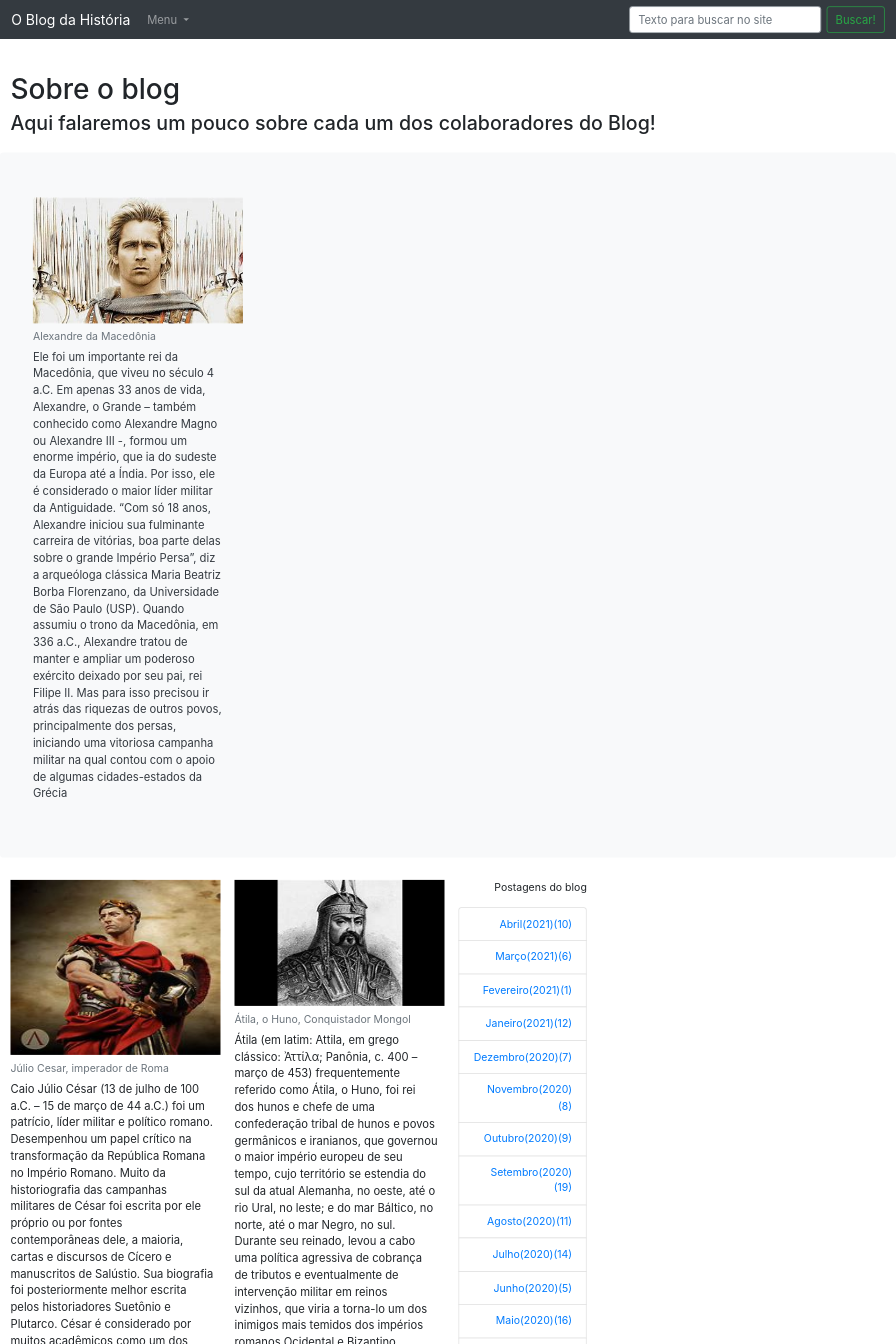
Repository: xhenrique/blog_layout_bootstrap
Page: source/sobre.html
An editor plug-in stored every save of this project. The page is shown before and after the next save, followed by the edit.
The browser window is 1280 px wide. The pictures show the part of the page from y = 0 to 1920 px (the page is 2903 px tall before and 1859 px after), at 70% of full size.

Above is the page before, as saved 2021-04-25 03:17:47.

After the next save:
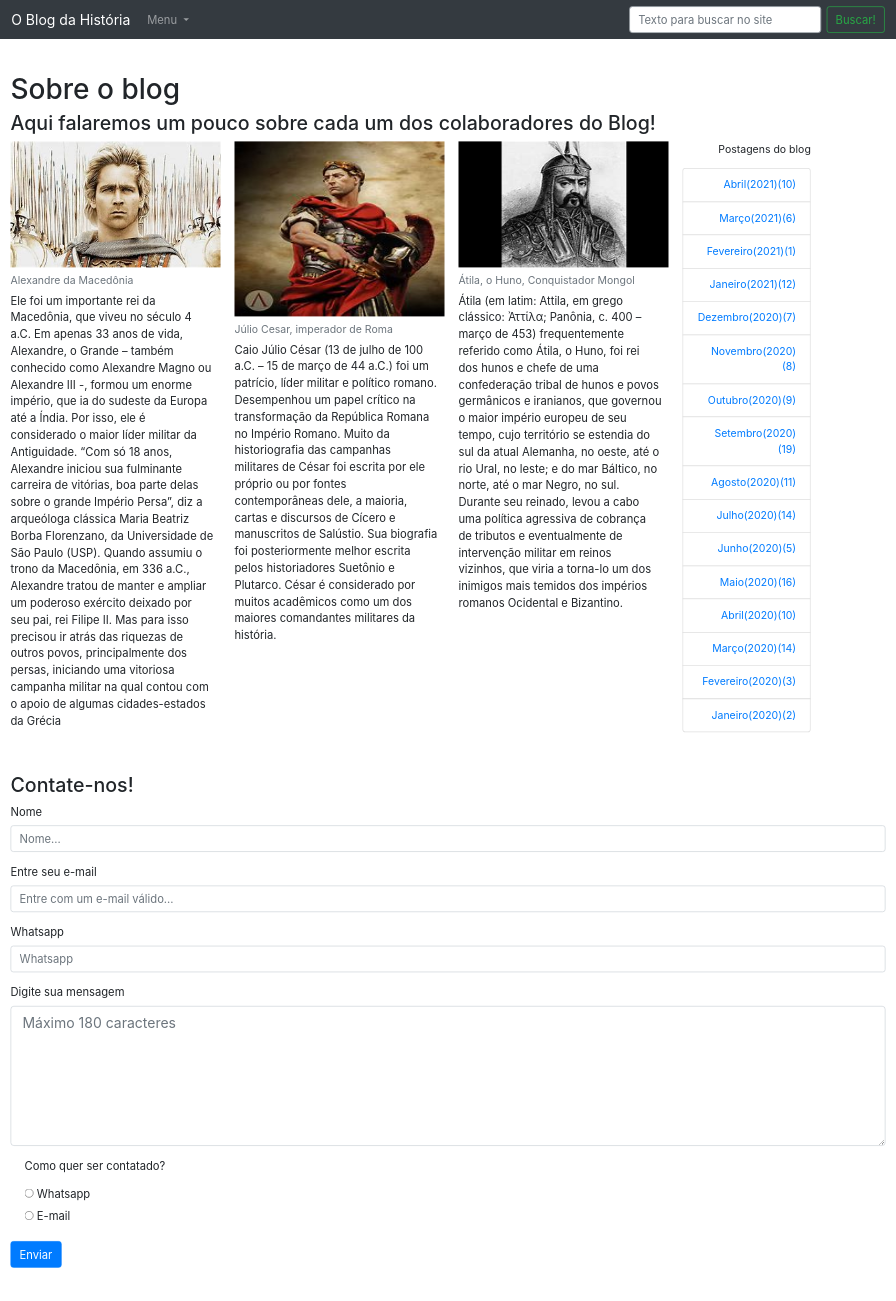
Saved 23 s later.
--- a/source/sobre.html
+++ b/source/sobre.html
@@ -51,15 +51,12 @@
             <h3>Aqui falaremos um pouco sobre cada um dos colaboradores do Blog!</h3>
         </div>
         <div class="row d-flex">
-            <div	class="jumbotron bg-light	text-dark	mt-3">
-
-                <div class="col-md-3">
-                    <img class="figure-img" src="../img/alexandre.jpg" alt="Xandão"  style="height: 180px; width: 300px">
-                    <figcaption class="figure-caption" style="font-size: 15px; margin-bottom: 5px;">
-                        Alexandre da Macedônia
-                    </figcaption>
-                    <p>Ele foi um importante rei da Macedônia, que viveu no século 4 a.C. Em apenas 33 anos de vida, Alexandre, o Grande – também conhecido como Alexandre Magno ou Alexandre III -, formou um enorme império, que ia do sudeste da Europa até a Índia. Por isso, ele é considerado o maior líder militar da Antiguidade. “Com só 18 anos, Alexandre iniciou sua fulminante carreira de vitórias, boa parte delas sobre o grande Império Persa”, diz a arqueóloga clássica Maria Beatriz Borba Florenzano, da Universidade de São Paulo (USP). Quando assumiu o trono da Macedônia, em 336 a.C., Alexandre tratou de manter e ampliar um poderoso exército deixado por seu pai, rei Filipe II. Mas para isso precisou ir atrás das riquezas de outros povos, principalmente dos persas, iniciando uma vitoriosa campanha militar na qual contou com o apoio de algumas cidades-estados da Grécia</p>
-                </div>
+            <div class="col-md-3">
+                <img class="figure-img" src="../img/alexandre.jpg" alt="Xandão"  style="height: 180px; width: 300px">
+                <figcaption class="figure-caption" style="font-size: 15px; margin-bottom: 5px;">
+                    Alexandre da Macedônia
+                </figcaption>
+                <p>Ele foi um importante rei da Macedônia, que viveu no século 4 a.C. Em apenas 33 anos de vida, Alexandre, o Grande – também conhecido como Alexandre Magno ou Alexandre III -, formou um enorme império, que ia do sudeste da Europa até a Índia. Por isso, ele é considerado o maior líder militar da Antiguidade. “Com só 18 anos, Alexandre iniciou sua fulminante carreira de vitórias, boa parte delas sobre o grande Império Persa”, diz a arqueóloga clássica Maria Beatriz Borba Florenzano, da Universidade de São Paulo (USP). Quando assumiu o trono da Macedônia, em 336 a.C., Alexandre tratou de manter e ampliar um poderoso exército deixado por seu pai, rei Filipe II. Mas para isso precisou ir atrás das riquezas de outros povos, principalmente dos persas, iniciando uma vitoriosa campanha militar na qual contou com o apoio de algumas cidades-estados da Grécia</p>
             </div>
             <div class="col-md-3">
                 <img class="figure-img" src="../img/th.jfif" alt="imperador" style="height: 250px; width: 300px">
